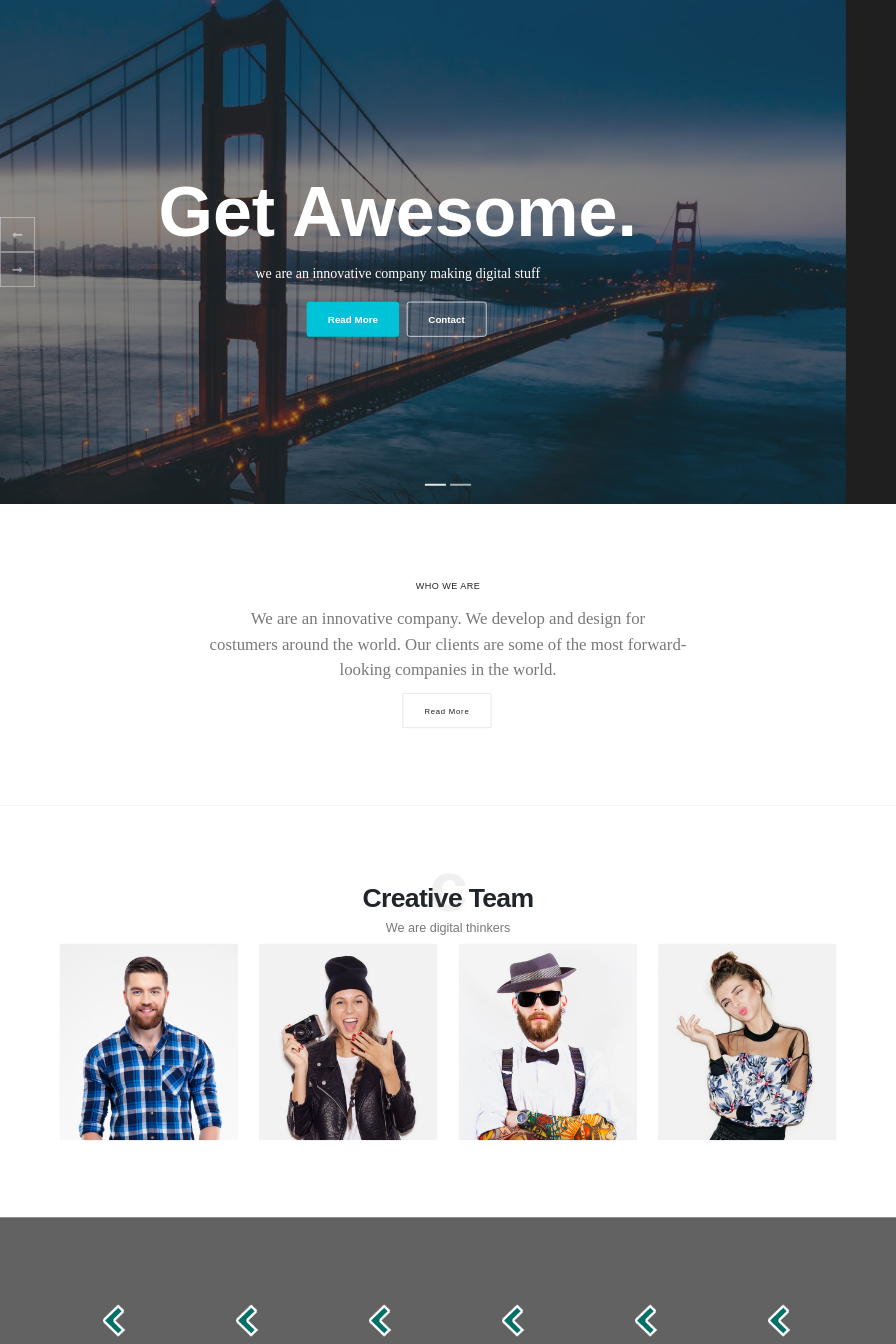
Repository: HodaHesham/BIZOL
Page: index.html
An editor plug-in stored every save of this project. The page is shown before and after a run of saves, followed by the edit.
The browser window is 1280 px wide. The pictures show the part of the page from y = 0 to 1920 px (the page is 4765 px tall before and 4961 px after), at 70% of full size.

Above is the page before, as saved 2020-11-14 11:48:10.

After the next 2 saves:
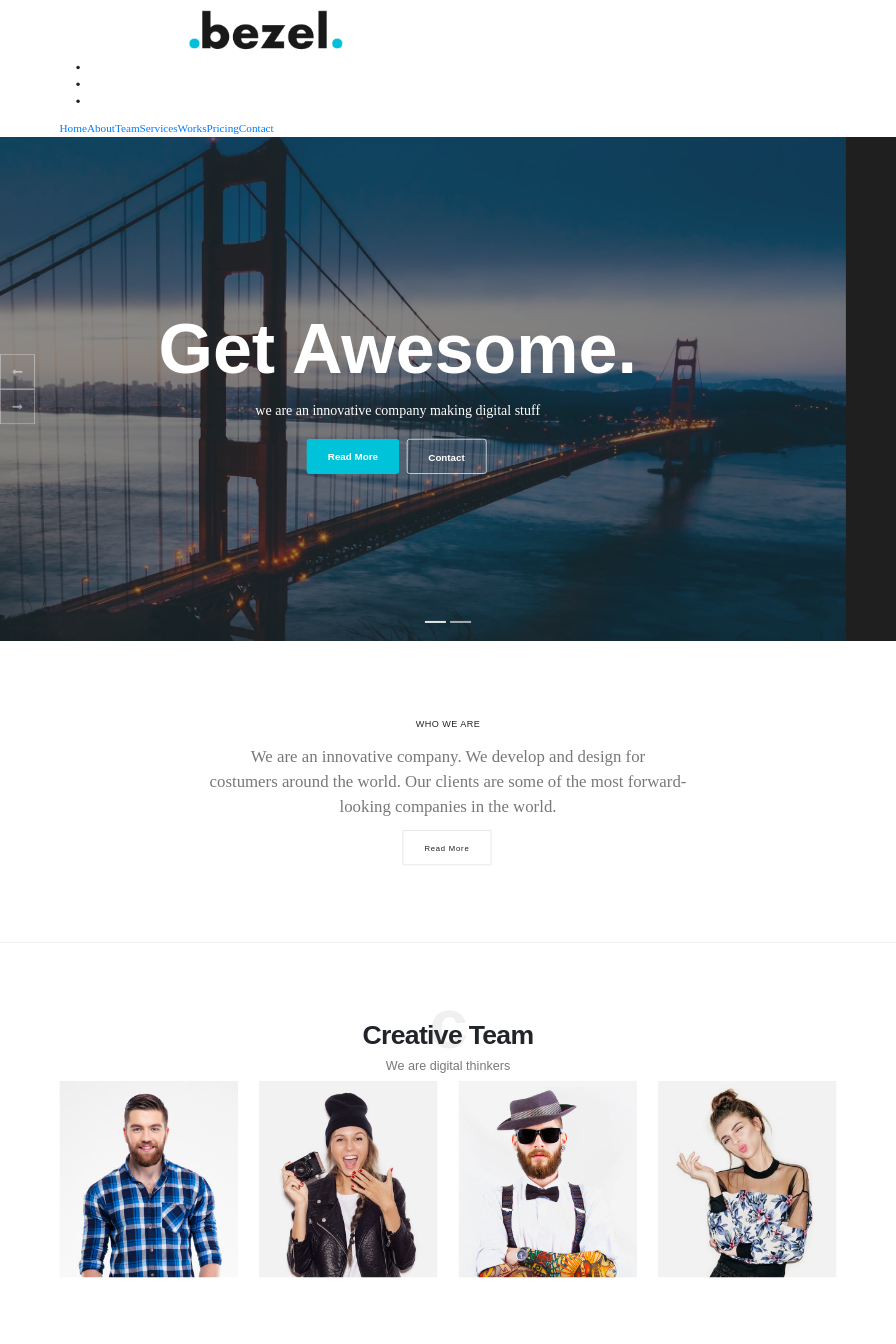
The 2 saves are shown as one change because they came seconds apart.
The last was saved 5 min 52 s later.
--- a/index.html
+++ b/index.html
@@ -14,6 +14,62 @@
 
 <body>
 
+
+    <nav id="navbar">
+        <div class="navbar-wrapper">
+            <div class="container">
+                <div class="logo">
+                    <a href="index.html">
+            <img class="logo-light" src="images/logo-light.png" alt="">
+            <img class="logo-dark" src="images/logo-dark.png" alt="">
+          </a>
+                </div>
+                <div class="menu-extras">
+                    <div class="menu-item">
+                        <div class="header-socials">
+                            <ul>
+                                <li><a target="_blank" href="#"><i class="hc-facebook"></i></a>
+                                </li>
+                                <li><a target="_blank" href="#"><i class="hc-twitter"></i></a>
+                                </li>
+                                <li><a target="_blank" href="#"><i class="hc-instagram"></i></a>
+                                </li>
+                            </ul>
+                        </div>
+                    </div>
+                    <div class="menu-item">
+                        <div class="nav-toggle">
+                            <a class="menu-toggle" href="#">
+                                <div class="hamburger">
+                                    <div class="hamburger-box">
+                                        <div class="hamburger-inner"></div>
+                                    </div>
+                                </div>
+                            </a>
+                        </div>
+                    </div>
+                </div>
+                <div id="navigation">
+                    <ul class="navigation-menu nav">
+                        <li><a href="#home" data-scroll="true">Home</a>
+                        </li>
+                        <li><a href="#about" data-scroll="true">About</a>
+                        </li>
+                        <li><a href="#team" data-scroll="true">Team</a>
+                        </li>
+                        <li><a href="#services" data-scroll="true">Services</a>
+                        </li>
+                        <li><a href="#works" data-scroll="true">Works</a>
+                        </li>
+                        <li><a href="#pricing" data-scroll="true">Pricing</a>
+                        </li>
+                        <li><a href="#contact" data-scroll="true">Contact</a>
+                        </li>
+                    </ul>
+                </div>
+            </div>
+        </div>
+    </nav>
 
     <!-- ////////////////////// header ///////////////////// -->
 
